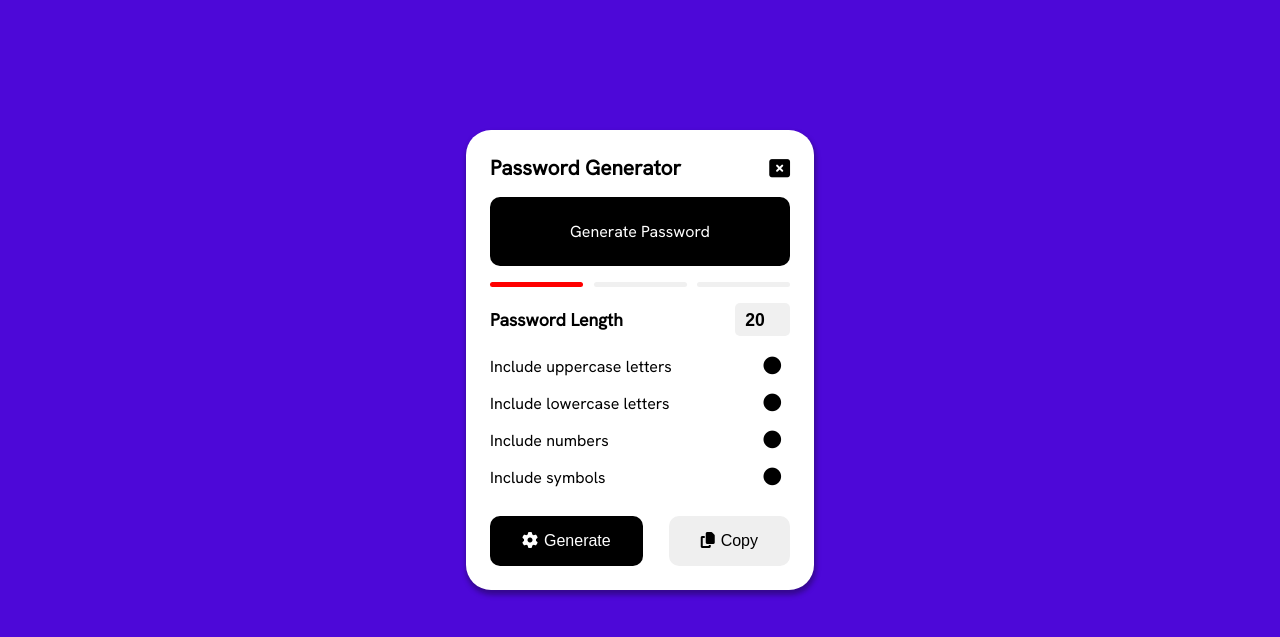
Repository: emiliaiwu/password_generator
Page: index.html
These files come from the project's save history. The page is drawn as it stood at one moment and after the next save; the edit follows.
The browser window is 1280 px wide. The pictures show the whole page.
Some web libraries are served in a nearby version.

Above is the page before, as saved 2022-12-17 21:16:29.

After the next save:
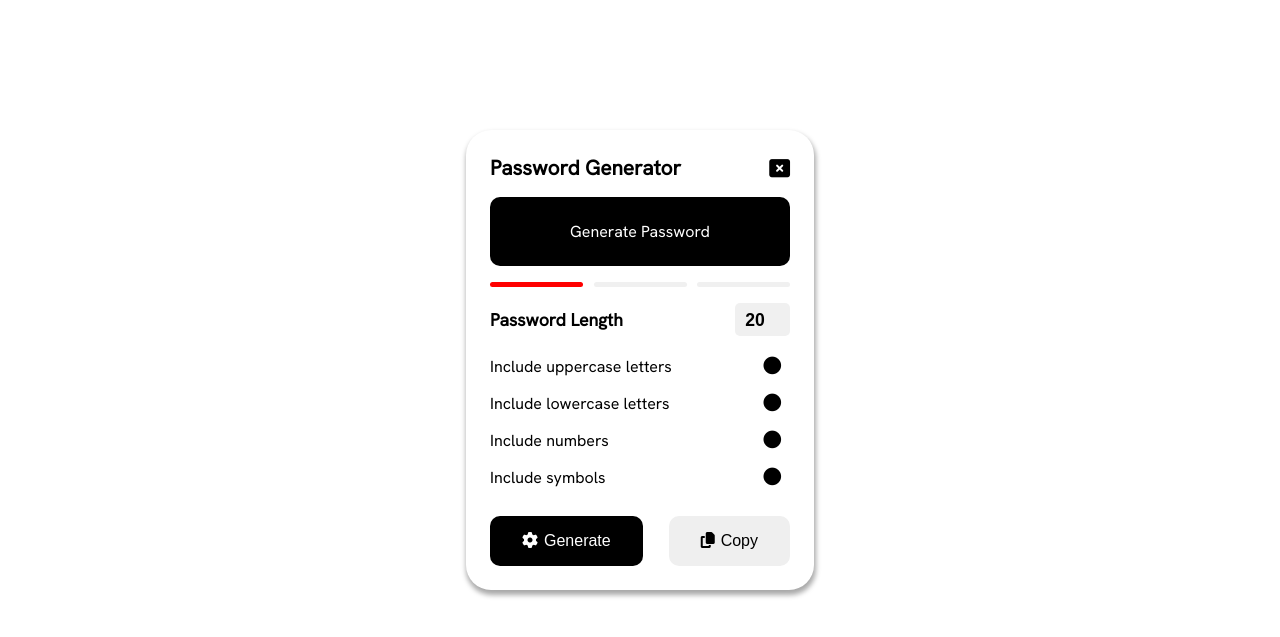
Saved 116 s later.
--- a/style.css
+++ b/style.css
@@ -26,7 +26,7 @@
     align-items: center;
     justify-content: center;
     color: var(--FONT-COLOR);
-    background-color: var(--BG-COLOR3);
+    background-color: var(--BG-COLOR);
 
 }
 

After the save that followed:
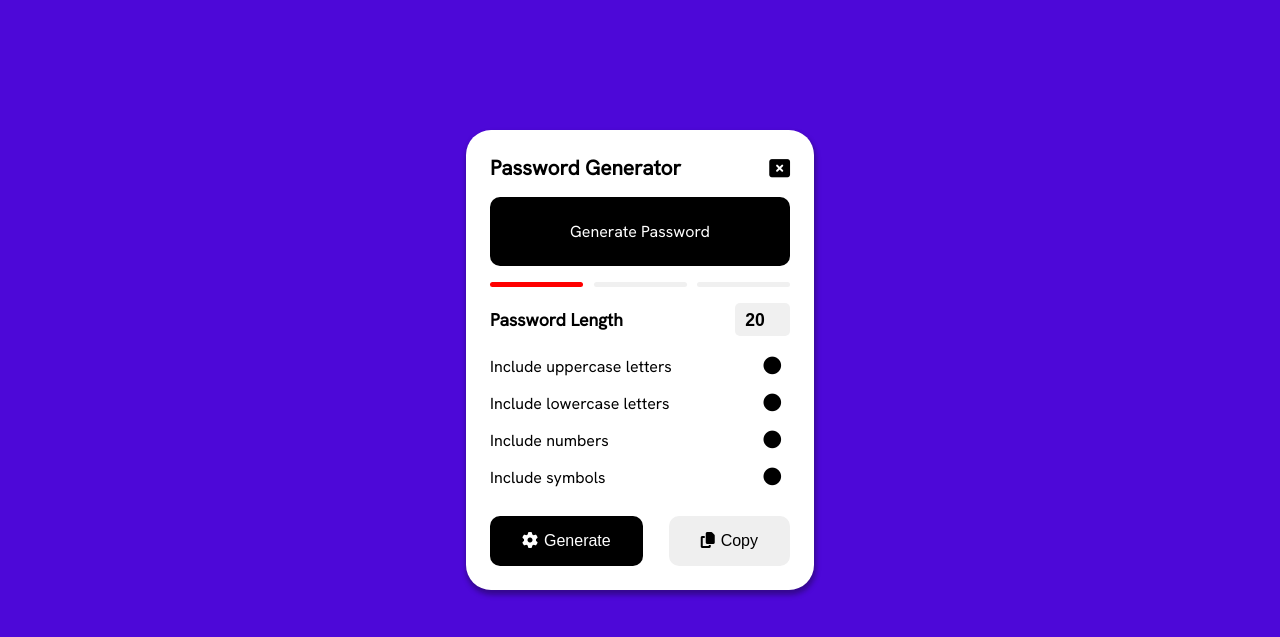
Saved 18 s later.
--- a/style.css
+++ b/style.css
@@ -26,7 +26,7 @@
     align-items: center;
     justify-content: center;
     color: var(--FONT-COLOR);
-    background-color: var(--BG-COLOR);
+    background-color: var(--BG-COLOR3);
 
 }
 
